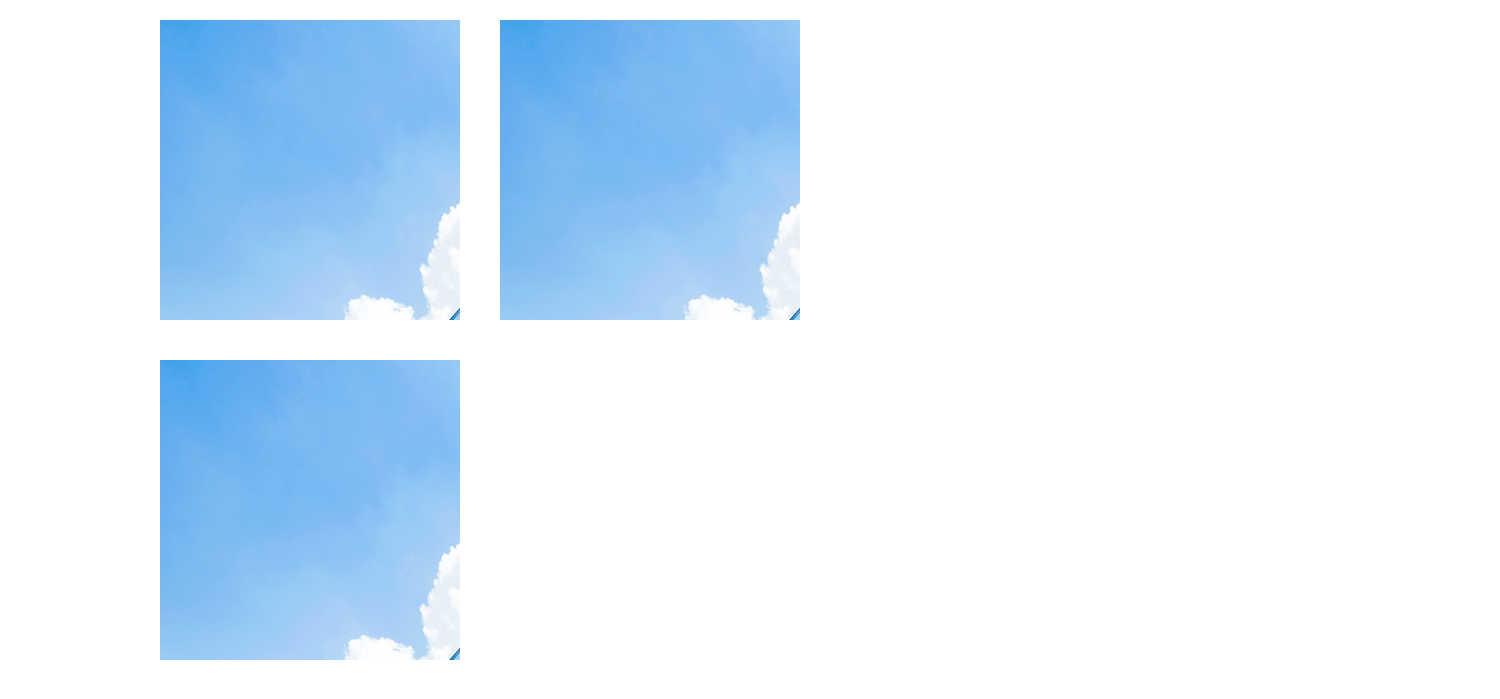
Repository: fixbb/workspace
Page: 016盒子模型/index1.html
The author's editor kept a copy of each file at every save. The page is drawn from the files as they stood at one save, then again after the next save.
The browser window is 1280 px wide. The page is 1280 px wide, then 1500 px, so the pictures cover 1500 px, including what lies to the right of the window. The pictures show the whole page.

Above is the page before, as saved 2021-08-30 16:46:17.

### 016盒子模型/index1.html
<!DOCTYPE html>
<html lang="en">

<head>
    <meta charset="UTF-8">
    <meta http-equiv="X-UA-Compatible" content="IE=edge">
    <meta name="viewport" content="width=device-width, initial-scale=1.0">
    <title>Document</title>
    <style>
        * {
            margin: 0%;/* 将所有的元素的边距置为0 */
        }
        .y {
            width: 300px;
            height: 300px;
            background: url(./imgs/1.jpg);
            float: left;
            margin: 20px;
        }
        #box {
            width: 1000px;
            margin: auto;
            overflow: auto; /* 让父元素自动设置边距，左右边距相等，即可达到居中效果，水平方向有效 */
        }
    </style>
</head>

<body>
    <div id="box">
        <div class="y"></div>
        <div class="y"></div>
        <div class="y"></div>
    </div>

</body>

</html>

After the next save:
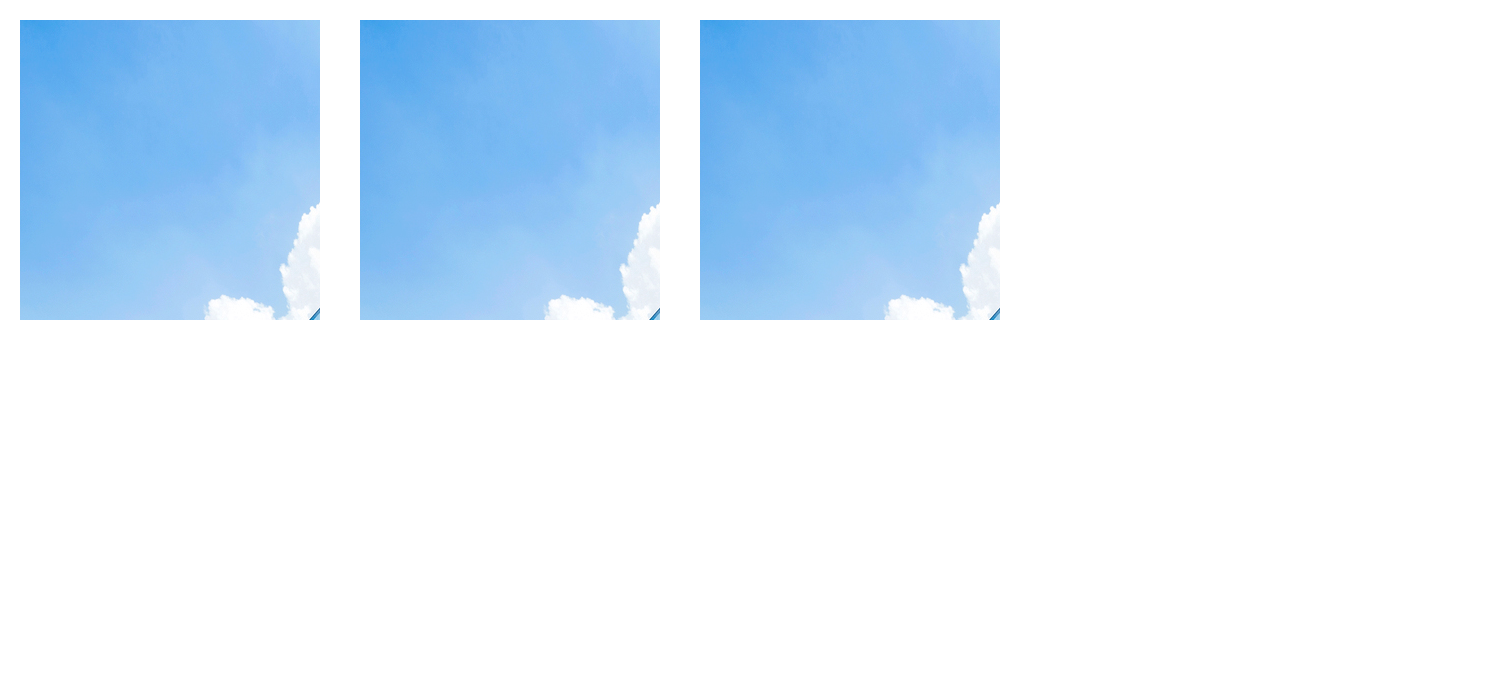
Saved 7 s later.
--- a/016盒子模型/index1.html
+++ b/016盒子模型/index1.html
@@ -18,7 +18,7 @@
             margin: 20px;
         }
         #box {
-            width: 1000px;
+            width: 1500px;
             margin: auto;
             overflow: auto; /* 让父元素自动设置边距，左右边距相等，即可达到居中效果，水平方向有效 */
         }
